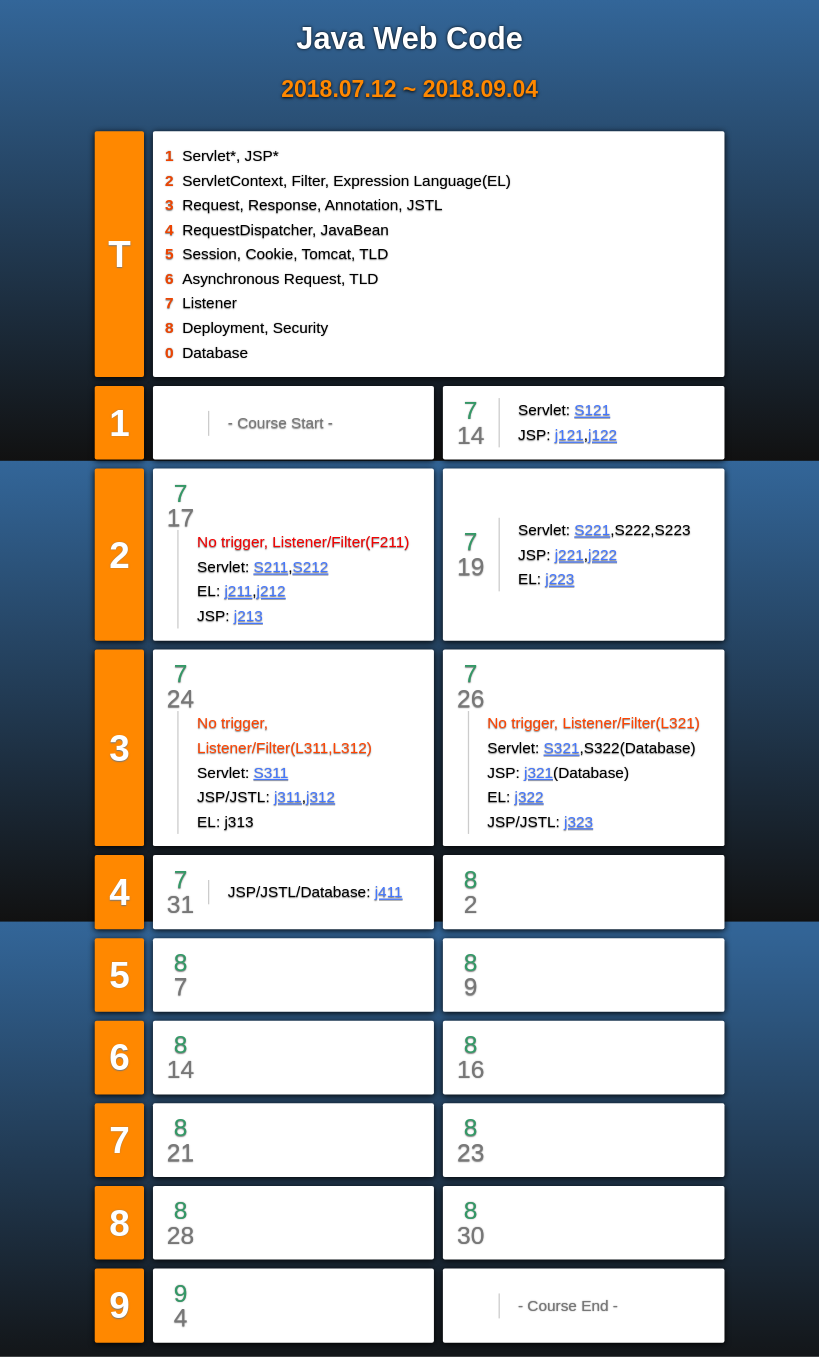
Repository: anxhuang/Java_Web
Page: http://localhost/code/index.jsp
The author's editor kept a copy of each file at every save. The page is drawn from the files as they stood at one save, then again after the next save.
The browser window is 1280 px wide. The pictures show the whole page, at 64% of full size.
Backgrounds fixed to the window are drawn as part of the page. The page is served by Tomcat 9.

Above is the page before, as saved 2018-07-31 10:47:19.

After the next save:
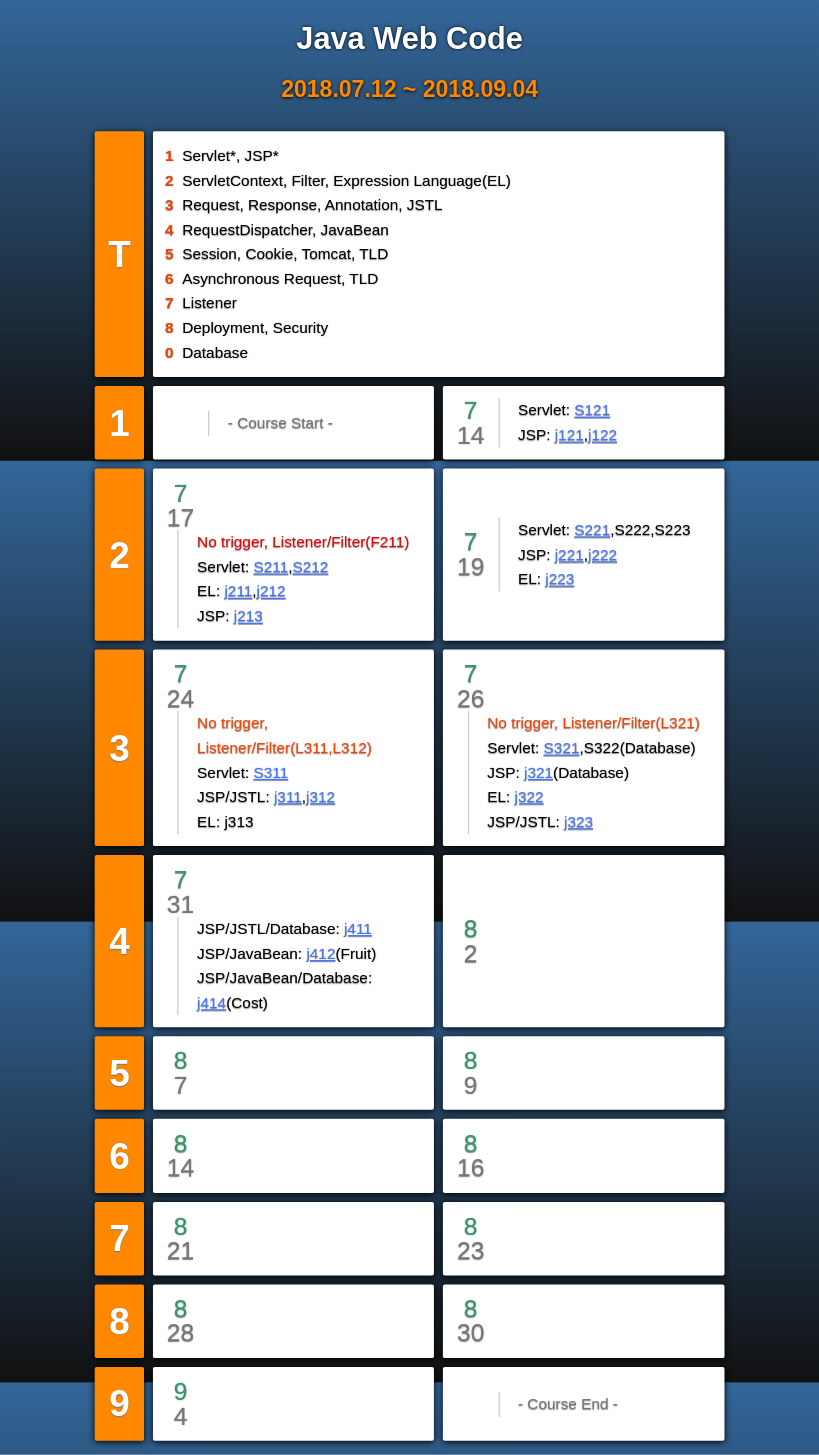
Saved 117 s later.
--- a/code/WebContent/index.jsp
+++ b/code/WebContent/index.jsp
@@ -135,7 +135,7 @@
 					ex.add("Servlet: <a href='S221'>S221</a>,S222,S223<br>JSP: <a href='j221.jsp'>j221</a>,<a href='j222.jsp'>j222</a><br>EL: <a href='j223.jsp'>j223</a>");
 					ex.add("<font color='#F40'>No trigger, Listener/Filter(L311,L312)</font><br>Servlet: <a href='S311'>S311</a><br>JSP/JSTL: <a href='j311.jsp'>j311</a>,<a href='j312.jsp'>j312</a><br>EL: j313");
 					ex.add("<font color='#F40'>No trigger, Listener/Filter(L321)</font><br>Servlet: <a href='S321'>S321</a>,S322(Database)<br>JSP: <a href='j321.jsp'>j321</a>(Database)<br>EL: <a href='j322.jsp'>j322</a><br>JSP/JSTL: <a href='j323.jsp'>j323</a>");
-					ex.add("JSP/JSTL/Database: <a href='j411.jsp'>j411</a><br>");
+					ex.add("JSP/JSTL/Database: <a href='j411.jsp'>j411</a><br>JSP/JavaBean: <a href='j412.jsp'>j412</a>(Fruit)<br>JSP/JavaBean/Database: <a href='j414.jsp'>j414</a>(Cost)");
 					ex.add("");
 					ex.add("");
 					ex.add("");
